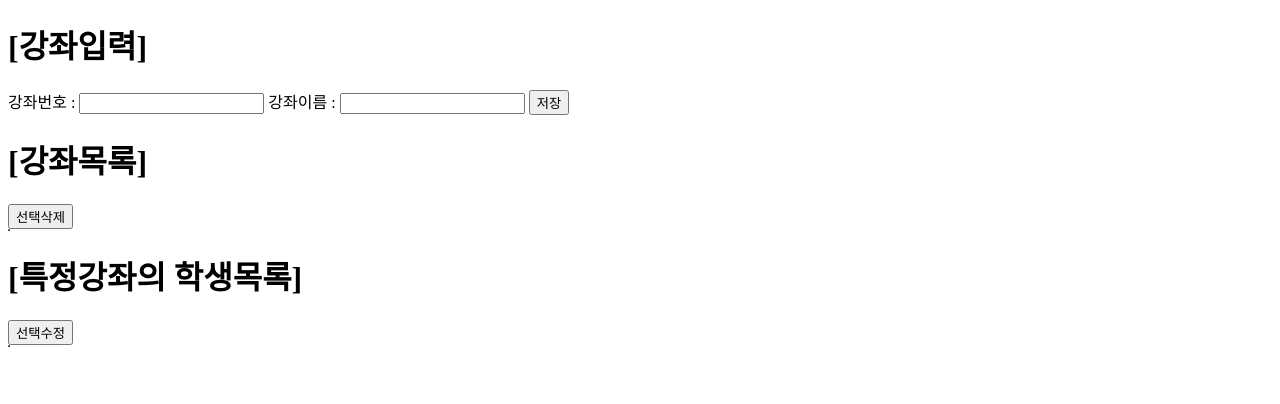
Repository: whwlsghkstm/html
Page: Ex0508/WebContent/clist.html
An editor plug-in stored every save of this project. The page is shown before and after the next save, followed by the edit.
The browser window is 1280 px wide. The pictures show the whole page.
Some web libraries are served in a nearby version.

Above is the page before, as saved 2020-05-08 07:12:47.

After the next save:
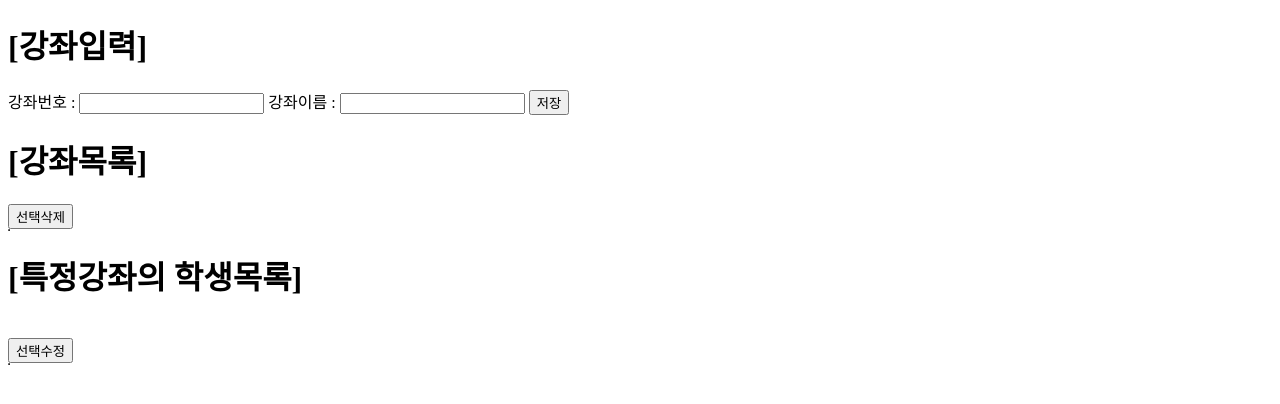
Saved 11 s later.
--- a/Ex0508/WebContent/clist.html
+++ b/Ex0508/WebContent/clist.html
@@ -37,7 +37,7 @@
 
 	<h1>[특정강좌의 학생목록]</h1>
 	<span id="total"></span>
-	<span id="average"></span>
+	<span id="average"></span><br>
 	<input type="button" id="btnUpdate" value="선택수정">
 	<table id="tab1" border=1></table>
 	<script id="temp1" type="text/x-handlebars-template">
